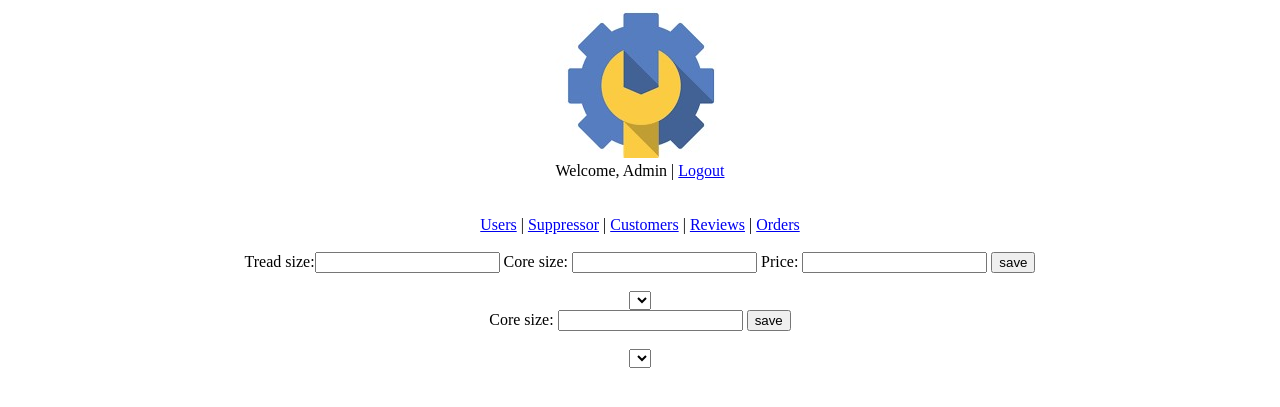
Repository: RezaEftekharzadeh/frey
Page: http://localhost/SilencerStoreProject/admin/silencer_form.jsp
These files come from the project's save history. The page is drawn as it stood at one moment and after the next save; the edit follows.
The browser window is 1280 px wide. The pictures show the whole page.
The page is served by Tomcat 9. Nobody is signed in. The application's start-up code is not run. Other server files are loaded and not shown.

Above is the page before, as saved 2020-08-07 07:39:35.

### SilencerStoreProject/WebContent/admin/silencer_form.jsp
<%@ page language="java" contentType="text/html; charset=ISO-8859-1"
    pageEncoding="ISO-8859-1"%>
<!DOCTYPE html>
<html>
<head>
<meta charset="ISO-8859-1">
<title>Insert title here</title>
</head>
<body>
<jsp:include page="header.jsp" />
&nbsp;&nbsp;&nbsp;&nbsp;&nbsp;&nbsp;
	<div align="center">
		<form action="create_silencer_tread" method="post">

			Tread size:<input type="text" name="tread">
			Core size: <input type="text" name="core">
			Price: <input type="text" name="price">
			<input type="submit" value="save">

			<br/><br/>

			<select>
				<option value>

			</select>



		</form>
		<form action="create_silencer_core" method="post">


			Core size: <input type="text" name="core">

			<input type="submit" value="save">

			<br/><br/>

			<select>
				<option value>

			</select>



		</form>
	</div>

</body>
</html>

### SilencerStoreProject/WebContent/admin/header.jsp
<div align="center">

	<div >
		 <img src="../images/admin-page.jpg">
	</div>

	<div >
	  Welcome, Admin | <a href="logout">Logout</a>
	</div>
	<br><br>

	<div>
		<a href="list_users">Users</a> |
		<a href="suppressor">Suppressor</a> |
		<a href="customers">Customers</a> |
		<a href="reviews">Reviews</a> |
		<a href="orders">Orders</a>
	</div>
</div>

After the next save:
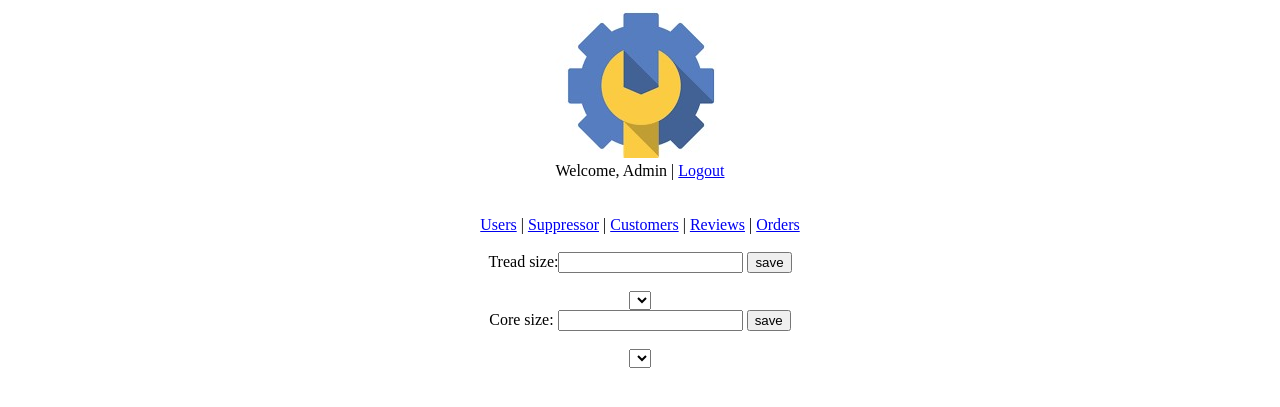
Saved 100 s later.
--- a/SilencerStoreProject/WebContent/admin/silencer_form.jsp
+++ b/SilencerStoreProject/WebContent/admin/silencer_form.jsp
@@ -13,8 +13,7 @@
 		<form action="create_silencer_tread" method="post">
 
 			Tread size:<input type="text" name="tread">
-			Core size: <input type="text" name="core">
-			Price: <input type="text" name="price">
+
 			<input type="submit" value="save">
 
 			<br/><br/>
